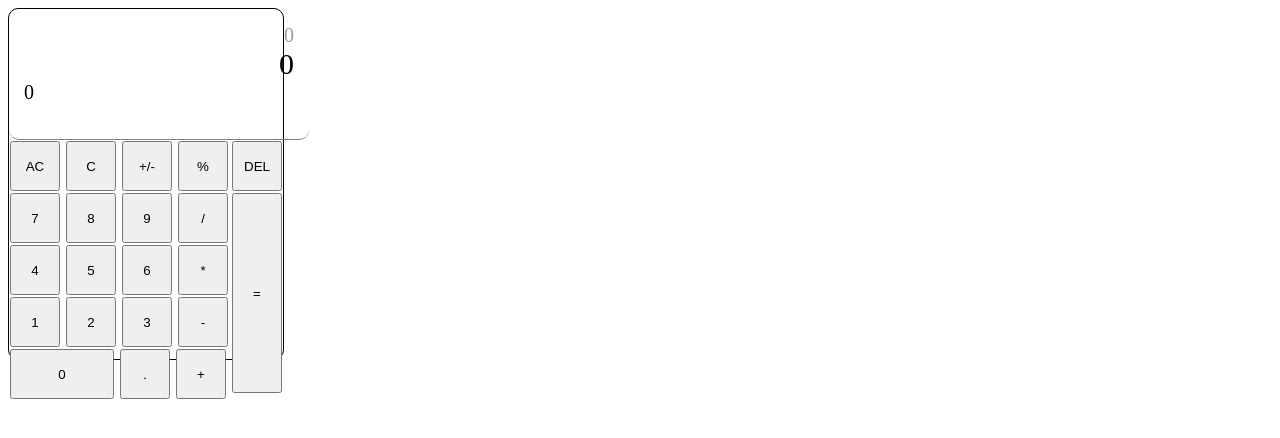
Repository: baziz22/Vanilla_JS_Projects
Page: claculator/index.html
An editor plug-in stored every save of this project. The page is shown before and after the next save, followed by the edit.
The browser window is 1280 px wide. The pictures show the whole page.

Above is the page before, as saved 2022-03-02 03:13:58.
Console error: SyntaxError: Malformed arrow function parameter list

### claculator/index.html
<!DOCTYPE html>
<html lang="en">
  <head>
    <meta charset="UTF-8" />
    <meta http-equiv="X-UA-Compatible" content="IE=edge" />
    <meta name="viewport" content="width=device-width, initial-scale=1.0" />
    <link rel="stylesheet" href="style.css" />
    <script src="script.js" defer></script>
    <title>Calculator</title>
  </head>
  <body>
    <div class="container">
      <div class="wrapper">
        <div id="display">
          <div id="equation">0</div>
          <div id="total">0</div>
          <div id="temp-result">0</div>
        </div>
        <div id="buttons">
          <div id="left-side">
            <button class="btn" all-clear>AC</button>
          <button class="btn" last-entity-clear>C</button>
          <button class="btn" operation>+/-</button>
          <button class="btn" operation>%</button>
          <button class="btn" number>7</button>
          <button class="btn" number>8</button>
          <button class="btn" number>9</button>
          <button class="btn" operation>/</button>
          <button class="btn" number>4</button>
          <button class="btn" number>5</button>
          <button class="btn" number>6</button>
          <button classs="btn" operation>*</button>
          <button class="btn" number>1</button>
          <button class="btn" number>2</button>
          <button class="btn" number>3</button>
          <button class="btn" operation">-</button>
          <button class="btn" number id="btn-0">0</button>
          <button class="btn" number dot>.</button>
          <button class="btn" operation>+</button>
          </div>

          <div id="right-side">
            <button class="btn" operation>DEL</button>
            <button class="btn" equal id="equals">=</button>
          </div>












        </div>
      </div>
    </div>
  </body>
</html>

### claculator/style.css
.wrapper {
  border: 1px solid black;
  border-radius: 10px;
  width: 274px;
  height: 350px;
}
#buttons {
  display: flex;
}
button {
  margin: 1px;
  padding: 0;
  width: 50px;
  height: 50px;
}
#equals {
  height: 200px;
}
#btn-0 {
  width: 104px;
}
#display {
  padding: 15px;
  width: 270px;
  height: 100px;
  text-align: right;
  border-bottom: 1px solid gray;
  border-radius: 10px;
}
#equation {
  opacity: 0.4;
  font-size: 20px;
  /* overflow: hidden; */
}
#total {
  font-size: 30px;
}
#temp-result {
  font-size: 20px;
  text-align: left;
}

### claculator/script.js
const output = document.getElementById('output');
const total = document.getElementById('total');
const reset = document.getElementById('ac');
const btn = document.querySelectorAll('.btn');
const operants = ['=', '+', '-', '*', '/'];
const equalOperation = '=';
function clear() {}
function digitDelete() {}
const operantValue = function (arg, operant) {
  let theOperant = '';
  //console.log('args: ', arg);
  operant.forEach((element, i) => {
    //console.log(i + '. ' + element);
    //console.log('opernat: ', operant);
    if (operant[i] === arg[0]) {
      console.log('this is the operant', operant[i]);
      theOperant = operant[i];
    }
  });
  return theOperant;
};

function appendNumber(d) {
  let digits = [];
  let saveOperants = [];
  let saveDigits = [];
  let outputContents = '';
  console.log('print: ', d);
  if (d.value !== equalOperation) {
    digits.push(d.value);
    let g = operantValue(digits, operants);
    console.log('g: ', g);
    //console.log('digits: ', digits);
    output.innerHTML += digits;
    if (d.value !== g) {
      outputContents += output.textContent;
      console.log(outputContents);
      //saveOutputDigit = outputContents;
      //console.log('s: ',saveOutputDigit);
      out = outputContents.concat();
      console.log('out: ', out);
    }
    if (d.value === g) {
      outputContents = '';
      //saveOutputDigit = '';
      saveOperants.push(g);
      saveDigits.push(Number(out));
      console.log('2. OutputContents: ', out);
      console.log('saveDigits: ', saveDigits);
      //reset outputContent\
      console.log('saveOperants: ', saveOperants);
      //operantValue(digits, operants);
    }
  } else {
    compute();
  }
}
function chooseOperation(operation) {}
function compute() {
  console.log('Final Result');
}
function updateDisplay() {}
let out = '';
let saveOutputDigit = '';


  btn.forEach(element => {
    element.addEventListener('click', appendNumber(element) => {element.value});
  });

After the next save:
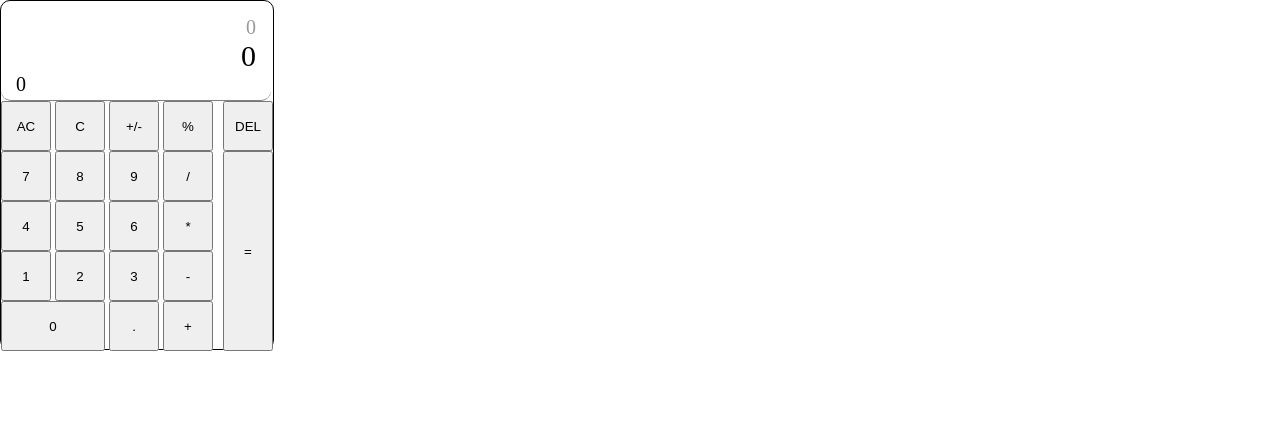
Saved 35 s later.
--- a/claculator/style.css
+++ b/claculator/style.css
@@ -1,3 +1,8 @@
+* {
+  margin: 0;
+  padding: 0;
+  box-sizing: border-box;
+}
 .wrapper {
   border: 1px solid black;
   border-radius: 10px;
@@ -7,7 +12,7 @@
 #buttons {
   display: flex;
 }
-button {
+button {border: 0.50px solid black
   margin: 1px;
   padding: 0;
   width: 50px;
